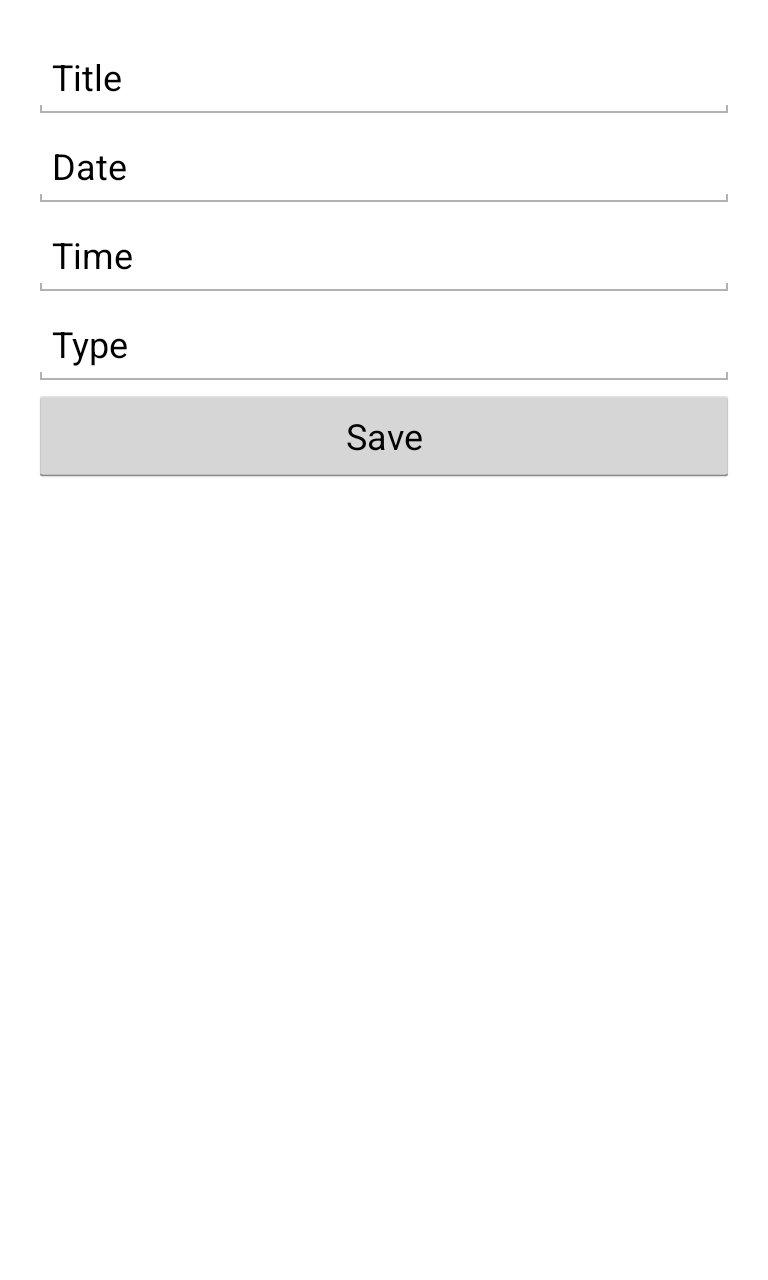
Repository: anoopsebastian/android
Layout: android workspace/Reminder/res/layout/home_page.xml
These files come from the project's save history. The layout is drawn as it stood at one moment and after the next save; the edit follows.
It is drawn on a 768 x 1280 px phone screen (xhdpi) without system bars, with theme AppTheme; the app's code is not run.

Above is the layout before, as saved 2013-09-28 14:31:38.

After the next save:
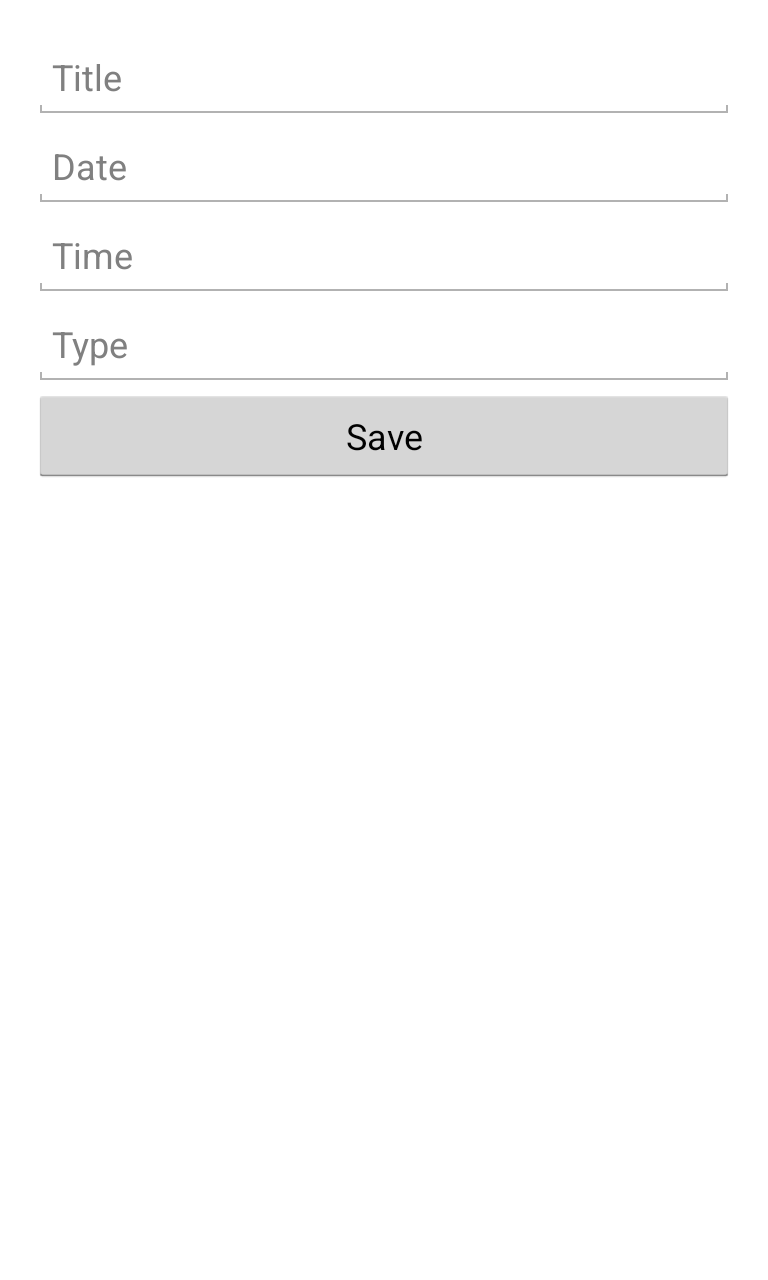
Saved 116 s later.
--- a/android workspace/Reminder/res/layout/home_page.xml
+++ b/android workspace/Reminder/res/layout/home_page.xml
@@ -14,28 +14,28 @@
         android:layout_width="match_parent"
         android:layout_height="wrap_content"
         android:padding="10dp"
-        android:text="Title"/>
+        android:hint="Title"/>
 
    <EditText
         android:id="@+id/date"
         android:layout_width="match_parent"
         android:layout_height="wrap_content"
         android:padding="10dp"
-        android:text="Date"/>
+        android:hint="Date"/>
 
    <EditText
         android:id="@+id/time"
         android:layout_width="match_parent"
         android:layout_height="wrap_content"
         android:padding="10dp"
-        android:text="Time"/>
+        android:hint="Time"/>
 
    <EditText
         android:id="@+id/type"
         android:layout_width="match_parent"
         android:layout_height="wrap_content"
         android:padding="10dp"
-        android:text="Type"/>
+        android:hint="Type"/>
 
    <Button
         android:id="@+id/save"
